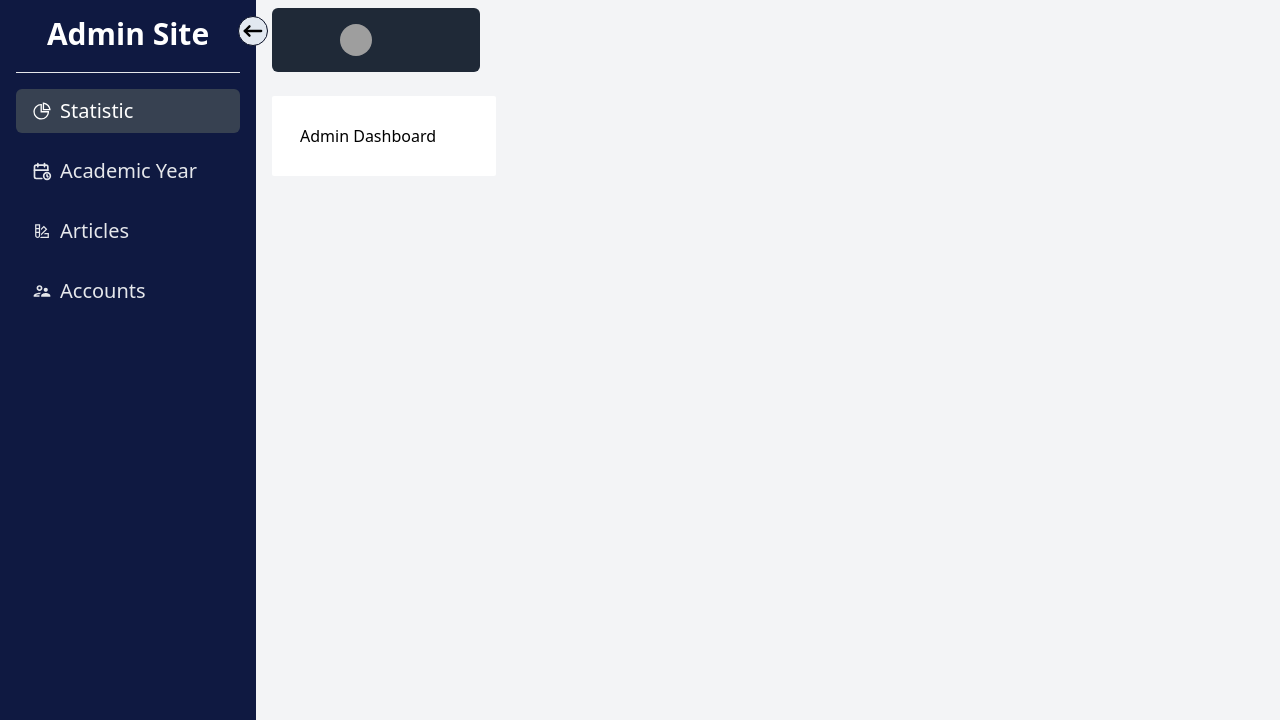
Repository: huynhvanngoan/COMP1640FE-Template
Page: /admin
The author's editor kept a copy of each file at every save. The page is drawn from the files as they stood at one save, then again after the next save.
The browser window is 1280 px wide. The pictures show the whole page.
Pictures or frames that could not be fetched are drawn as grey boxes. The project was rebuilt for these pictures with package versions that can differ from the ones it lists, and the page was loaded fresh each time. Also part of the build but not shown: src/components/buttonStyles.js, src/pages/LoginPage.jsx, src/pages/student/StudentDashboard.jsx, src/pages/department/DepartmentDashboard.jsx, src/pages/marketing/MarketingDashboard.jsx, src/pages/guest/GuestDashboard.jsx.

Above is the page before, as saved 2024-03-24 07:48:00.

### src/index.js
import React from 'react';
import ReactDOM from 'react-dom/client';
import './index.css';
import App from './App';

const root = ReactDOM.createRoot(document.getElementById('root'));
root.render(
  <React.StrictMode>
      <App />
  </React.StrictMode>
)

### src/index.css
@import url('https://fonts.googleapis.com/css2?family=Inter:wght@100;200;300;400;500;600;700;800;900&display=swap');
@tailwind base;
@tailwind components;
@tailwind utilities;

### src/App.js
import React from 'react'
import { BrowserRouter as Router, Routes, Route, Navigate } from "react-router-dom";
import LoginPage from './pages/LoginPage';
import StudentDashboard from './pages/student/StudentDashboard';
import DepartmentDashboard from './pages/department/DepartmentDashboard';
import MarketingDashboard from './pages/marketing/MarketingDashboard';
import GuestDashboard from './pages/guest/GuestDashboard';
import Layout from './pages/admin/layout';
const App = () => {


  return (
    <Router>
        <Routes>
          <Route path="/login" element={<LoginPage/>} />

          <Route path="/admin" element={<Layout />}/>

          <Route path="/student-dashboard" element={<StudentDashboard />}/>

          <Route path="/guest-dashboard" element={<GuestDashboard />}/>

          <Route path="/department-dashboard" element={<DepartmentDashboard />}/>

          <Route path="/marketing-dashboard" element={<MarketingDashboard />}/>

          {/* <Route path='/marketing-homepage' element={<MarketingHomePage  />}/> */}

          <Route path='*' element={<Navigate to="/login" />} />

        </Routes>
    </Router>
  )
}

export default App

### src/pages/admin/layout.js
import React from 'react';
import Sidebar from './Sidebar';
import Header from './Header';
import AdminDashboard from './AdminDashboard';


export default function Layout() {
  return (
      <div className='flex bg-gray-100'>
        <Sidebar />
        <div className='flex flex-col'>
          <Header />
          <AdminDashboard />
        </div>
      </div>
  );
}

### src/pages/admin/Sidebar.js
import React, { useState } from 'react';
import { Link } from 'react-router-dom';
import { AiOutlinePieChart } from "react-icons/ai";
import { TbCalendarTime } from "react-icons/tb";
import { LiaSwatchbookSolid } from "react-icons/lia";
import { MdOutlineSupervisorAccount } from "react-icons/md";
import { TbArrowNarrowLeft } from "react-icons/tb";
export const SidebarContent = [
  {
    icon: AiOutlinePieChart,
    heading: "Statistic"
  },
  {
    icon: TbCalendarTime,
    heading: "Academic Year"
  },
  {
    icon: LiaSwatchbookSolid,
    heading: "Articles"
  },
  {
    icon: MdOutlineSupervisorAccount,
    heading: "Accounts"
  }
]

export default function Sidebar() {
  const [selected, setSelected] = useState(0);
  const [colapse, setColapse] = useState(true);

  return (
    <div className={`left-0 top-0 h-screen bg-[#0f1941] p-4 ${colapse ? "w-64" : "w-20"} duration-300`}>
        <div className='flex flex-col'>
           <div className='relative flex h-12 justify-end'>
            {
              colapse ? (<h1 className='text-white text-3xl font-bold mx-auto '>Admin Site</h1>) : ''
            }
            <TbArrowNarrowLeft className={`text-3xl bg-slate-200 rounded-full cursor-pointer absolute -right-7 border border-[#080e24] hover:text-white ${!colapse && 'rotate-180'}`} onClick={() => setColapse(!colapse)} />
           </div>
          <ul className='my-2 border-t pt-4 w-full items-center'>
            {SidebarContent.map((item, index) => {
              return (
                <li className={selected === index  ? "mb-4 group active" : "mb-4" } key={index} onClick={() => setSelected(index)}>
                  <Link to="#" className={`flex w-full rounded-md items-center space-x-2 text-gray-200 hover:bg-[#080e24] hover:text-white group-[.active]:bg-gray-700 group-[.active]:text-white ${colapse ? 'text-xl px-4 py-2 ': 'text-3xl px-2 py-1'}`}>
                    { colapse ? (
                      <>
                        <item.icon />
                        <span>{item.heading}</span>
                      </>
                    ) : ( <item.icon />)
                    }
                  </Link>
                </li>
              )
            })}
          </ul>
        </div>
    </div>
  );
}

### src/pages/admin/Header.js
import { Disclosure, Menu, Transition } from '@headlessui/react';
import React from 'react';
import { Fragment } from 'react';
function classNames(...classes) {
  return classes.filter(Boolean).join(' ')
}

export default function Header() {
  return (
    <Disclosure as="nav" className="bg-gray-800 my-2 rounded-md ml-4 right-0 w-7xl">
      {({ open }) => (
        <>
          <div className="mx-auto max-w-full px-2 sm:px-6 lg:px-8">
            <div className="relative flex h-16 items-center justify-between">
              <div className="absolute inset-y-0 right-0 flex items-center pr-2 sm:static sm:inset-auto sm:ml-6 sm:pr-0">
                <Menu as="div" className="relative ml-3">
                  <div>
                    <Menu.Button className="relative flex rounded-full bg-gray-800 text-sm focus:outline-none focus:ring-2 focus:ring-white focus:ring-offset-2 focus:ring-offset-gray-800">
                      <span className="absolute -inset-1.5" />
                      <span className="sr-only">Open user menu</span>
                      <img
                        className="h-8 w-8 rounded-full"
                        src="https://images.unsplash.com/photo-1472099645785-5658abf4ff4e?ixlib=rb-1.2.1&ixid=eyJhcHBfaWQiOjEyMDd9&auto=format&fit=facearea&facepad=2&w=256&h=256&q=80"
                        alt=""
                      />
                    </Menu.Button>
                  </div>
                  <Transition
                    as={Fragment}
                    enter="transition ease-out duration-100"
                    enterFrom="transform opacity-0 scale-95"
                    enterTo="transform opacity-100 scale-100"
                    leave="transition ease-in duration-75"
                    leaveFrom="transform opacity-100 scale-100"
                    leaveTo="transform opacity-0 scale-95"
                  >
                    <Menu.Items className="absolute right-0 z-10 mt-2 w-48 origin-top-right rounded-md bg-white py-1 shadow-lg ring-1 ring-black ring-opacity-5 focus:outline-none">
                      <Menu.Item>
                        {({ active }) => (
                          <a
                            href="#"
                            className={classNames(active ? 'bg-gray-100' : '', 'block px-4 py-2 text-sm text-gray-700')}
                          >
                            Your Profile
                          </a>
                        )}
                      </Menu.Item>
                      <Menu.Item>
                        {({ active }) => (
                          <a
                            href="#"
                            className={classNames(active ? 'bg-gray-100' : '', 'block px-4 py-2 text-sm text-gray-700')}
                          >
                            Settings
                          </a>
                        )}
                      </Menu.Item>
                      <Menu.Item>
                        {({ active }) => (
                          <a
                            href="#"
                            className={classNames(active ? 'bg-gray-100' : '', 'block px-4 py-2 text-sm text-gray-700')}
                          >
                            Sign out
                          </a>
                        )}
                      </Menu.Item>
                    </Menu.Items>
                  </Transition>
                </Menu>
              </div>
            </div>
          </div>
        </>
      )}
    </Disclosure>
  )
}

### src/pages/admin/AdminDashboard.js
import React from 'react'

const AdminDashboard = () => {
  return (
      <div className='p-7 bg-white m-4 w-full max-h-full rounded-sm'>
        Admin Dashboard
      </div>
  )
}

export default AdminDashboard

### tailwind.config.js
/** @type {import('tailwindcss').Config} */
module.exports = {
  content: [
    "./src/**/*.{js,jsx,ts,tsx}",
  ],
  theme: {
    extend: {
      fontFamily: {
        "inter": ["Inter", "sans-serif"]
      }
    },
  },
  plugins: [],
}

Loaded but not shown: public/index.html (common file)

After the next save:
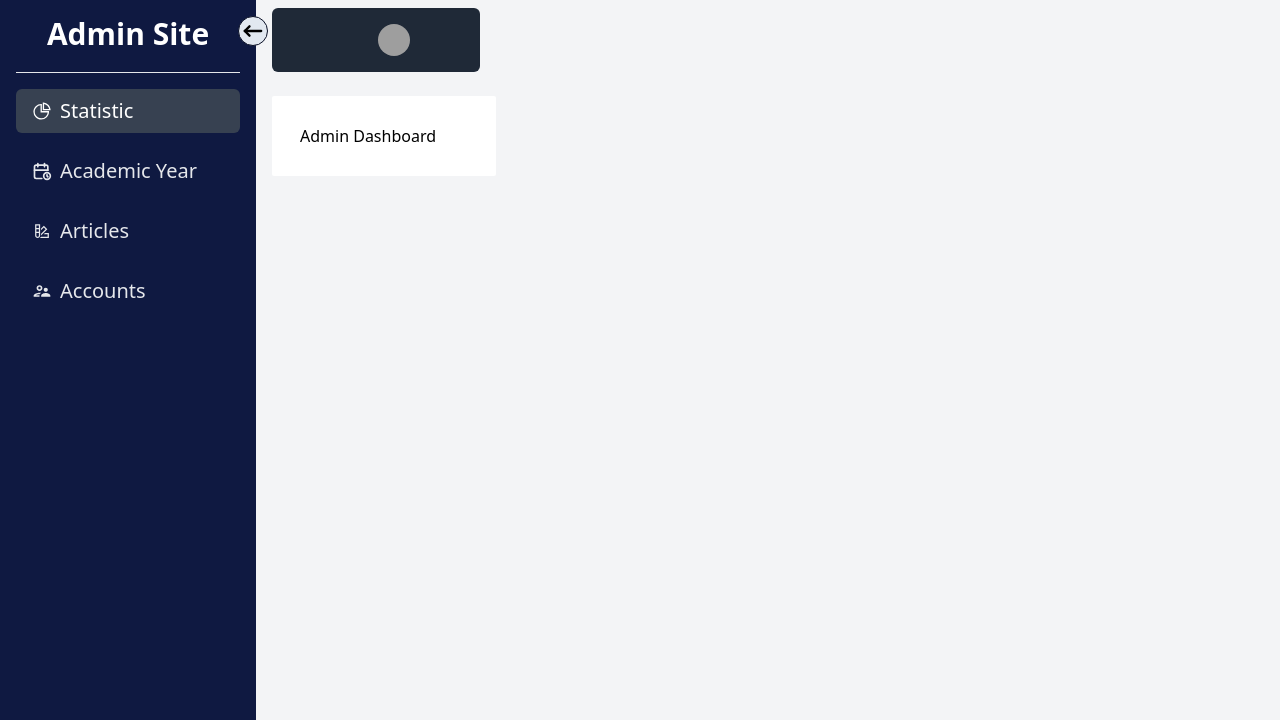
Saved 20 s later.
--- a/src/pages/admin/Header.js
+++ b/src/pages/admin/Header.js
@@ -7,7 +7,7 @@ function classNames(...classes) {
 
 export default function Header() {
   return (
-    <Disclosure as="nav" className="bg-gray-800 my-2 rounded-md ml-4 right-0 w-7xl">
+    <Disclosure as="nav" className=" flex bg-gray-800 my-2 rounded-md ml-4 right-0 w-7xl">
       {({ open }) => (
         <>
           <div className="mx-auto max-w-full px-2 sm:px-6 lg:px-8">
